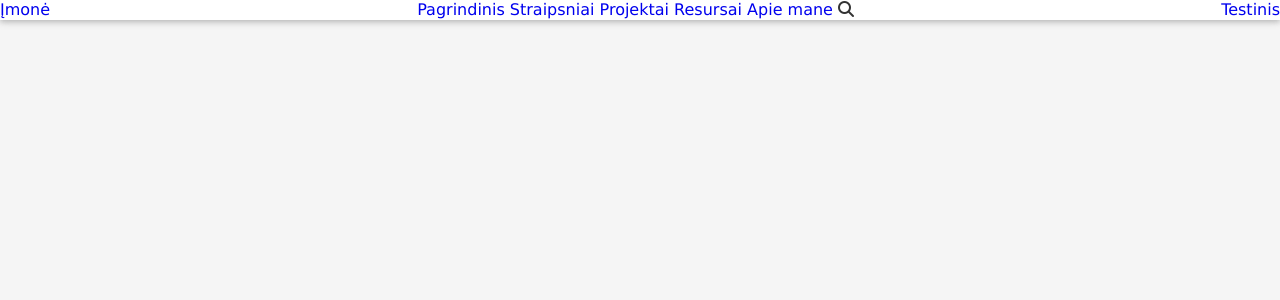
Repository: motiejus1/14-paskaita-05.31
Page: index.html
These files come from the project's save history. The page is drawn as it stood at one moment and after the next save; the edit follows.
The browser window is 1280 px wide. The pictures show the whole page.
Some web libraries are served in a nearby version.

Above is the page before, as saved 2021-06-23 18:49:25.

### index.html
<!DOCTYPE html>
<html lang="en">
<head>
    <meta charset="UTF-8">
    <meta http-equiv="X-UA-Compatible" content="IE=edge">
    <meta name="viewport" content="width=device-width, initial-scale=1.0">
    <title>14 paskaita</title>

    <link rel="stylesheet" href="http://maxcdn.bootstrapcdn.com/font-awesome/latest/css/font-awesome.min.css">
    <style>
        html {
            font-size: 16px;
        }

        body {
            max-width: 1920px;
            margin: 0 auto;
            font-family: Verdana, Arial, sans-serif;
            line-height: 1.25rem;
            color:#333;
            background-color: #f5f5f5;
        }

        .container {
            width: 100%;
            margin: auto;
        }

        a {
            text-decoration: none;
            transition: all 0.3s ease;
        }

        .area {
            display: flex;
            /* flex-direction:row; */
            /* flex-wrap: wrap; */

            flex-flow: row wrap;
            align-items: stretch;
            justify-content: space-between;
            margin-left: auto;
        }

        .navbar-component {
            background-color: white;
            box-shadow: 0 2px 5px rgba(0,0,0,0.16), 0 2px 10px rgba(0,0,0,0.12);
        }


    </style>
</head>
<body>
    <div class="container">
        <div class="navbar-component">
            <div class="navbar area">
                <a href="#" class="brand">Įmonė</a>

                <nav id="navigation" class="list">
                    <a href="#" class="item -link">Pagrindinis</a>
                    <a href="#" class="item -link" >Straipsniai</a>
                    <a href="#" class="item -link">Projektai</a>
                    <a href="#"class="item -link">Resursai</a>
                    <a href="#" class="item -link">Apie mane</a>
                    <span class="item">
                        <i class="fa fa-search"></i>
                    </span>
                </nav>

                <a href="#">Testinis</a>
            </div>

        </div>
    </div>

</body>
</html>

After the next save:
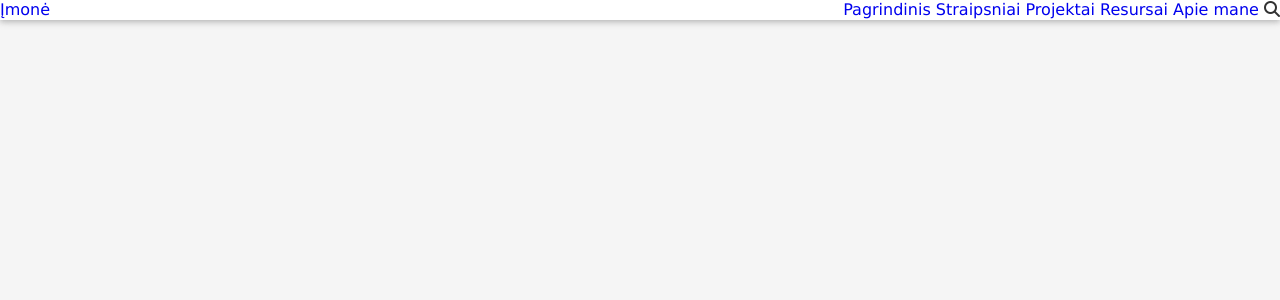
Saved 52 s later.
--- a/index.html
+++ b/index.html
@@ -67,7 +67,6 @@
                     </span>
                 </nav>
 
-                <a href="#">Testinis</a>
             </div>
 
         </div>
